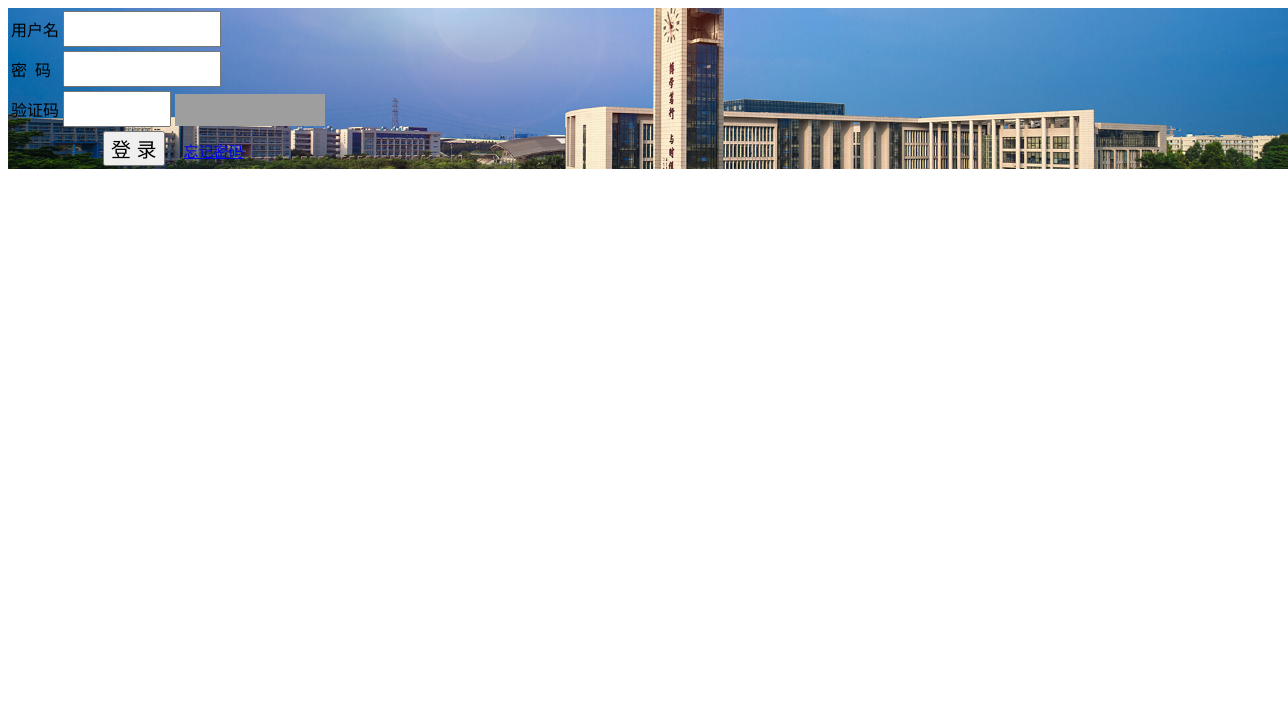
Repository: IAmJiangWenHao/ReportServer
Page: demo.html
These files come from the project's save history. The page is drawn as it stood at one moment and after the next save; the edit follows.
The browser window is 1280 px wide. The page is 1288 px wide, so the pictures cover 1288 px, including what lies to the right of the window. The pictures show the whole page.
Pictures or frames that could not be fetched are drawn as grey boxes.

Above is the page before, as saved 2023-05-16 11:58:23.

### demo.html
<!DOCTYPE html>
<html>
  <head>
    <meta http-equiv="Content-Type" content="text/html; charset=UTF-8">
    <title>登录</title>
  </head>
  <body>
    <style>
      dfv{
        width:100%;
        position: absolute;
        background-image: url('./web/img/gzdx-bg.jpg');
  background-size: cover;
  background-position: center;
      }
    </style>

    <script type="text/javascript"> //这里是JavaScript
      window.onload = function () {
        document.getElementById("img").onclick = function () {
          /*document.getElementById()通过元素的id来获取元素，
           .getElementById("img")先获取"img" 元素；
           然后.onclick()，点击触发一个事件，这个事件发生会执行funciton()函数。
           目的:点击id为img的页面元素时会触发funciton函数。生成验证码*/
          this.src = "CheckcodeServlet?time" + new Date().getTime();
          //new Date().getTime()增加时间戳来更换验证码图片
        };
      };

    </script>
    <script type="text/javascript">
    //检查输入是否为空
      function Check() {
        const username = document.form1.username.value;
        const password = document.form1.password.value;
        const checkcode = document.form1.checkcode.value;

        if (!username) {
          alert("用户名不能为空！");
          document.form1.username.focus();
          return false;
        }

        if (!password) {
          alert("密码不能为空！");
          document.form1.password.focus();
          return false;
        }

        if (!checkcode) {
          alert("验证码不能为空！");
          document.form1.checkcode.focus();
          return false;
        }

        return true;
      }
    </script>

  <dfv>
 <form action="LoginServlet" method="post" name="form1" onSubmit="return Check()">
        <!-- form属性action="LoginServlet"中，LoginServlet待后续实现，用于处理请求-->
        <table>

          <tr>
            <td>用户名</td>
            <td><input style="width:150px;height:30px;" type="text" name="username" size="20"></td>
          </tr>
          <tr>
            <td>密&nbsp;&nbsp;码</td>
            <td><input style="width: 150px;height:30px;" type="password" name="password" size="20"></td>
          </tr>
          <tr>
            <td>验证码</td>
            <td><input style="width: 100px;height:30px;" type="text" name="checkcode" size="15">
              <img style="width:150px;height:32px;" id="img" src="CheckcodeServlet"  alt="[验证码待续]" align="center">
              <!-- id为img的页面元素,显示验证码图像；src="CheckcodeServlet"中，CheckcodeServlet待后续实现-->
            </td>
          </tr>
          <tr><td></td>
            <td><input style="margin-left:40px;font-size:20px;" type="submit" value="登&nbsp;录">
              <font style="font-size:15px">&nbsp;&nbsp;&nbsp;&nbsp;<a href="forgetPassword.jsp">忘记密码 </a> </font></td>
          </tr>
        </table>
      </form>
    </div>
  </body>
</html>

After the next save:
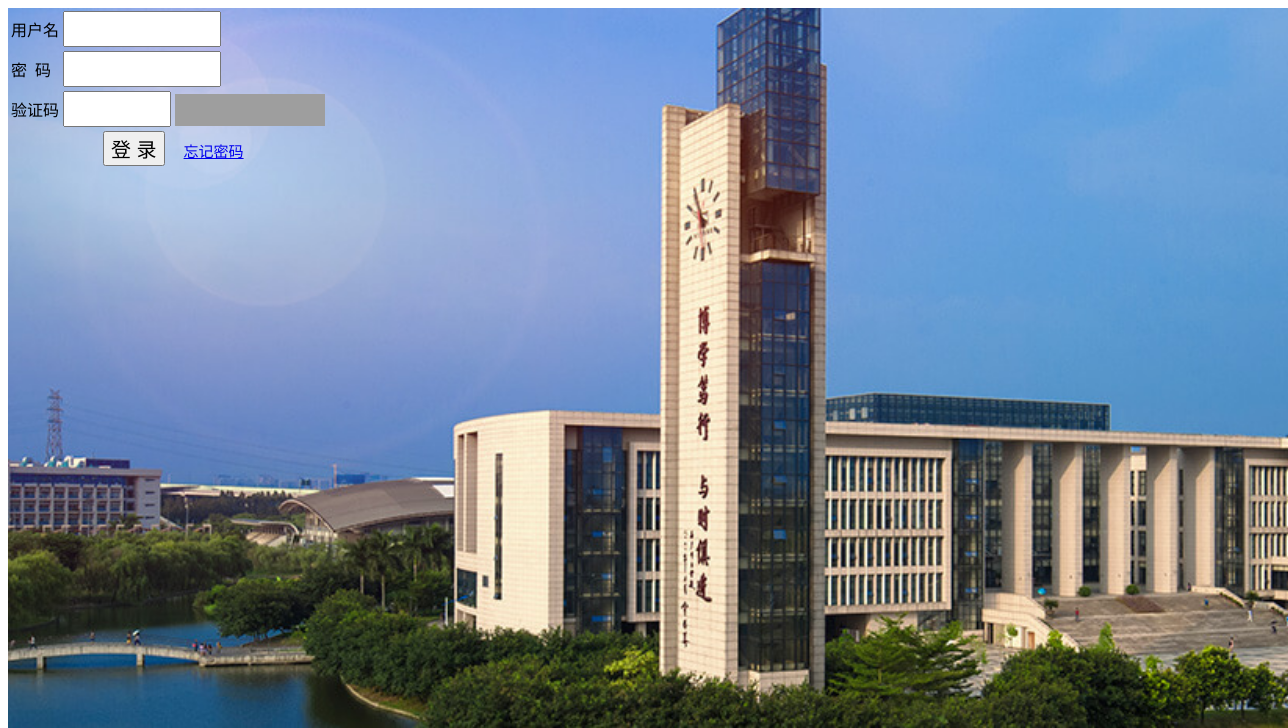
Saved 10 s later.
--- a/demo.html
+++ b/demo.html
@@ -8,6 +8,7 @@
     <style>
       dfv{
         width:100%;
+        height: 100%;
         position: absolute;
         background-image: url('./web/img/gzdx-bg.jpg');
   background-size: cover;
